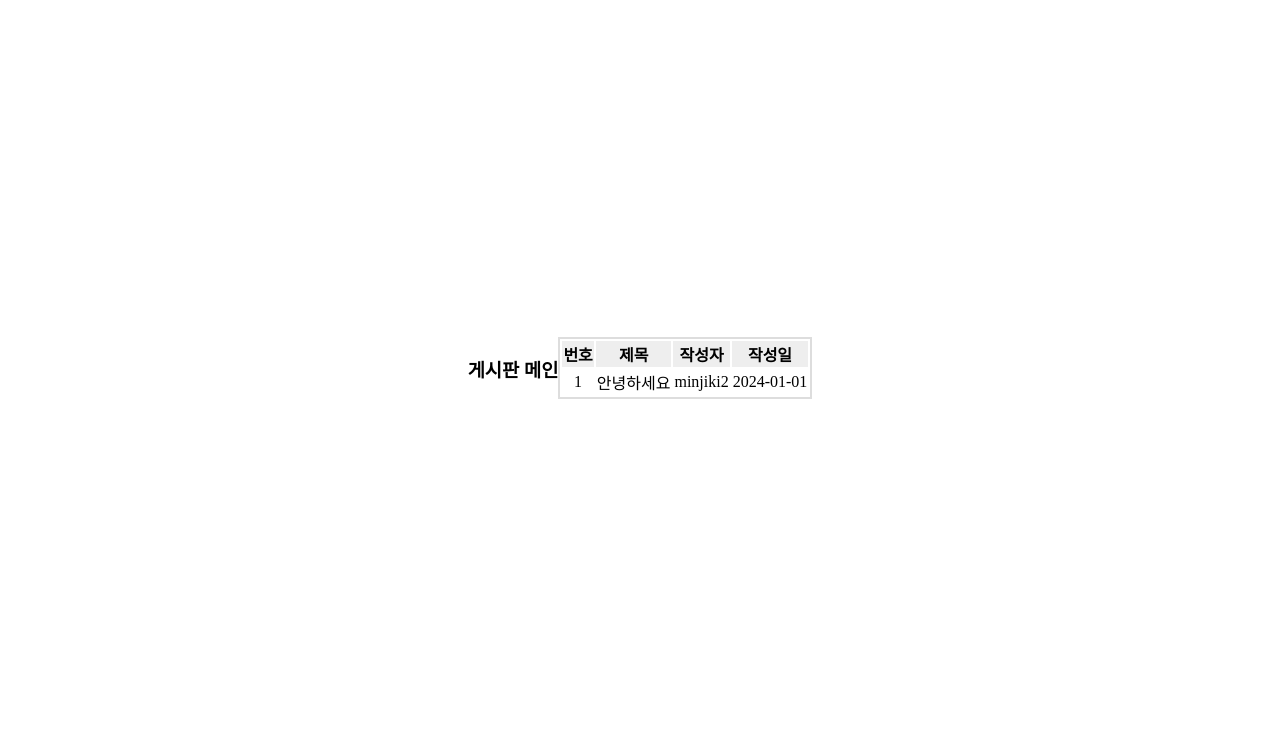
Repository: minjikimkim2222/BBS
Page: http://localhost/BBS/bbs.jsp
An editor plug-in stored every save of this project. The page is shown before and after the next save, followed by the edit.
The browser window is 1280 px wide. The pictures show the whole page.
The page is served by Tomcat 9. Other server files are loaded and not shown.

Above is the page before, as saved 2024-01-01 13:13:19.

### BBS/src/main/webapp/bbs.jsp
<%@ page language="java" contentType="text/html; charset=UTF-8"
    pageEncoding="UTF-8"%>
<!DOCTYPE html>
<html>
<head>

	<meta HTTP-EQUIV="content-type" CONTENT="text/html; CHARSET=UTF-8" charset = "UTF-8"> <!--  클라이언트 문자 인코딩 방식  -->
	<meta name="viewport" content="width=device-width, initial-scale=1.0">
	<link rel = "stylesheet" href = "css/bootstrap.css">

	<style>
	    .center-container {
            display: flex;
            justify-content: center;
            align-items: center;
            height: 100vh;
        }


	</style>


	<title>bbs 게시판 화면</title>

</head>
<body>

<!-- 게시판 메인 페이지 영역 시작  -->

	<div class = "container">
		<div class = "center-container">
			<h3 style = "text-align : center;">게시판 메인</h3>
			<table class = "table" style = "text-align : center; border : 2px solid #dddddd">
				<thead>
					<tr>
						<th style = "background-color : #eeeeee" >번호</th>
						<th style = "background-color : #eeeeee">제목</th>
						<th style = "background-color : #eeeeee">작성자</th>
						<th style = "background-color : #eeeeee">작성일</th>
					</tr>
				</thead>
				<tbody>
					<tr>
						<td>1</td>
						<td>안녕하세요</td>
						<td>minjiki2</td>
						<td>2024-01-01</td>
					</tr>
				</tbody>
			</table>

			<!-- 글쓰기 버튼 생성, 버튼 누르면 write.jsp 페이지로 이동할 것 -->

		</div>
	</div>
</body>
</html>

### BBS/src/main/webapp/css/bootstrap.css
@charset "UTF-8";

.form-group {
  margin-bottom: 20px;
}

.form-control {
  display: block;
  width: 100%;
  height: 40px;
  padding: 10px 15px;
  font-size: 14px;
  line-height: 1.42857143;
  color: #555;
  background-color: #fff;
  background-image: none;
  border: 1px solid #ccc;
  border-radius: 4px;
  -webkit-box-shadow: inset 0 1px 1px rgba(0, 0, 0, .075);
          box-shadow: inset 0 1px 1px rgba(0, 0, 0, .075);
  -webkit-transition: border-color ease-in-out .15s, -webkit-box-shadow ease-in-out .15s;
       -o-transition: border-color ease-in-out .15s, box-shadow ease-in-out .15s;
          transition: border-color ease-in-out .15s, box-shadow ease-in-out .15s;
  box-sizing: border-box; /* 추가된 부분 */
}

.container {
  padding-right: 15px;
  padding-left: 15px;
  margin-right: auto;
  margin-left: auto;
}

.jumbotron {
  padding-top: 30px;
  padding-bottom: 30px;
  margin-bottom: 30px;
  color: inherit;
  background-color: #eee;
  box-sizing: border-box; /* 추가된 부분 */
}

.col-lg-4 {
  width: 33.33333333%;
}


.col-lg-5 {
    width: 41.66666667%;
}


/* 게시판 기능 추가 이후 */

table {
  background-color: transparent;
}

.table-striped > tbody > tr:nth-of-type(odd) {
  background-color: #f9f9f9;
}

  .col-lg-8 {
    width: 66.66666667%;
  }

After the next save:
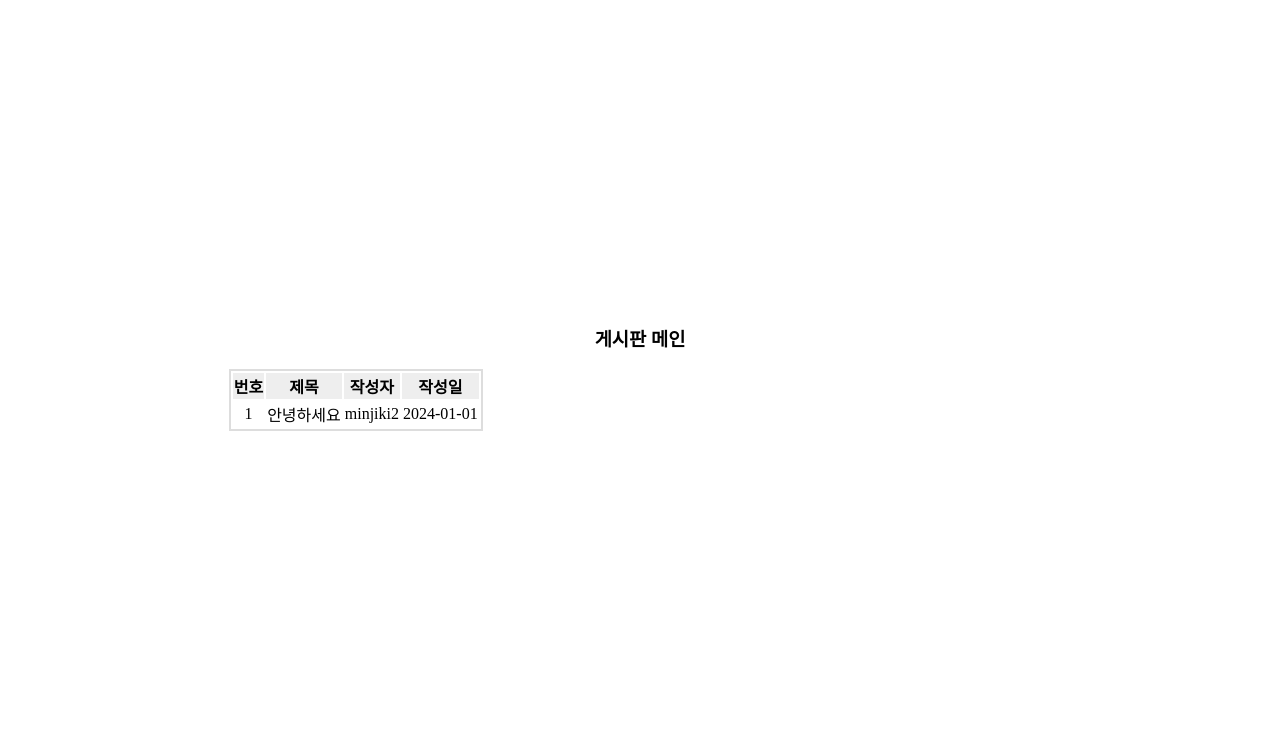
Saved 2 min 49 s later.
--- a/BBS/src/main/webapp/bbs.jsp
+++ b/BBS/src/main/webapp/bbs.jsp
@@ -29,28 +29,29 @@
 
 	<div class = "container">
 		<div class = "center-container">
-			<h3 style = "text-align : center;">게시판 메인</h3>
-			<table class = "table" style = "text-align : center; border : 2px solid #dddddd">
-				<thead>
-					<tr>
-						<th style = "background-color : #eeeeee" >번호</th>
-						<th style = "background-color : #eeeeee">제목</th>
-						<th style = "background-color : #eeeeee">작성자</th>
-						<th style = "background-color : #eeeeee">작성일</th>
-					</tr>
-				</thead>
-				<tbody>
-					<tr>
-						<td>1</td>
-						<td>안녕하세요</td>
-						<td>minjiki2</td>
-						<td>2024-01-01</td>
-					</tr>
-				</tbody>
-			</table>
+			<div class = "col-lg-8" style = "text-align: center">
+				<h3>게시판 메인</h3>
+				<table class = "table" style = "text-align : center; border : 2px solid #dddddd">
+					<thead>
+						<tr>
+							<th style = "background-color : #eeeeee" >번호</th>
+							<th style = "background-color : #eeeeee">제목</th>
+							<th style = "background-color : #eeeeee">작성자</th>
+							<th style = "background-color : #eeeeee">작성일</th>
+						</tr>
+					</thead>
+					<tbody>
+						<tr>
+							<td>1</td>
+							<td>안녕하세요</td>
+							<td>minjiki2</td>
+							<td>2024-01-01</td>
+						</tr>
+					</tbody>
+				</table>
 
 			<!-- 글쓰기 버튼 생성, 버튼 누르면 write.jsp 페이지로 이동할 것 -->
-
+			</div>
 		</div>
 	</div>
 </body>
